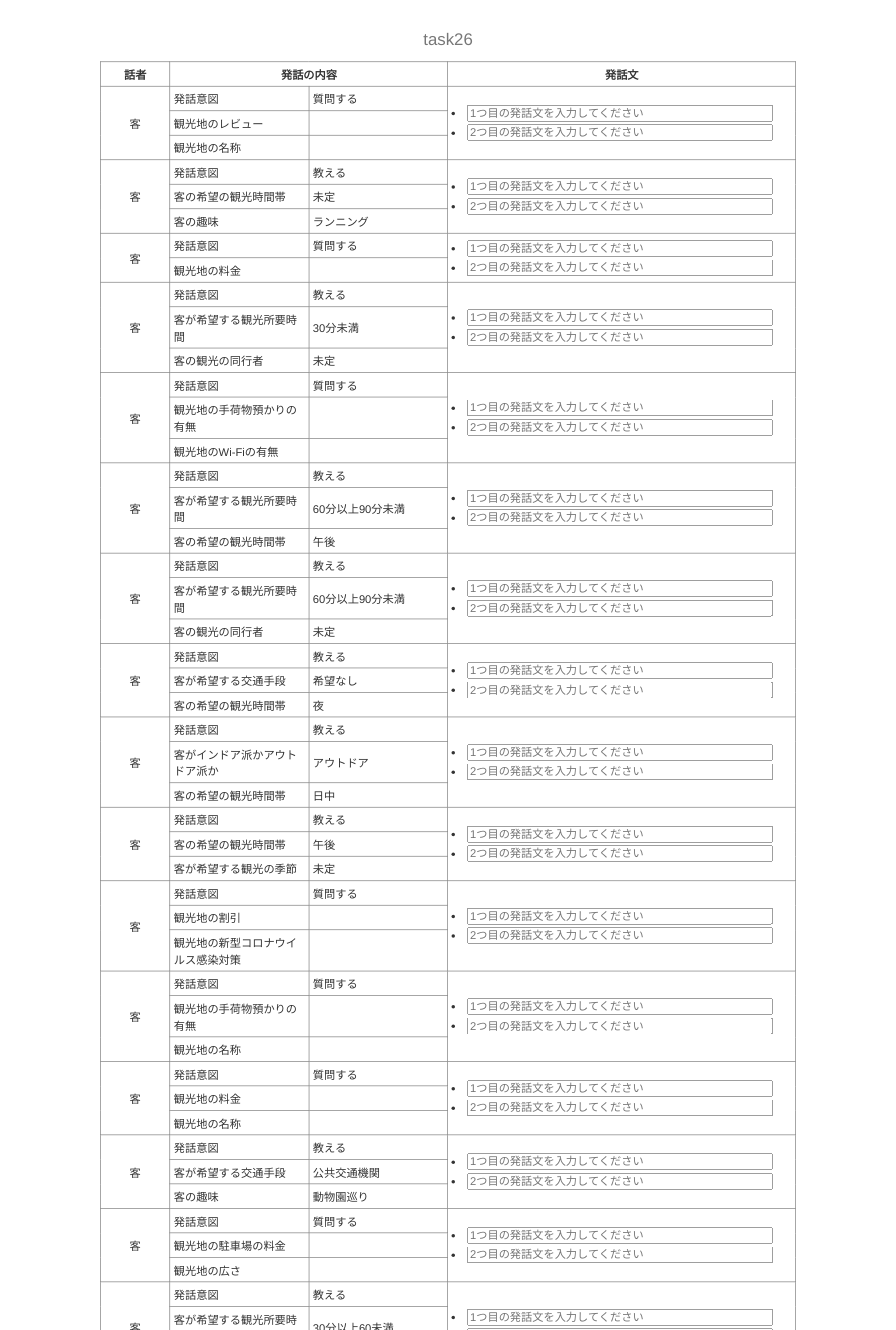
Repository: FlowRobocon/data_collection
Page: scbkfp0xf3u0.html
The author's editor kept a copy of each file at every save. The page is drawn from the files as they stood at one save, then again after the next save.
The browser window is 1280 px wide. The pictures show the part of the page from y = 3534 to 5434 px (the page is 6043 px tall before and 5827 px after), at 70% of full size.
A picture or video elsewhere on the page could not be fetched, so the positions and the page height are approximate. Some web libraries are served in a nearby version.

Above is the page before, as saved 2022-07-23 14:44:49.

After the next save:
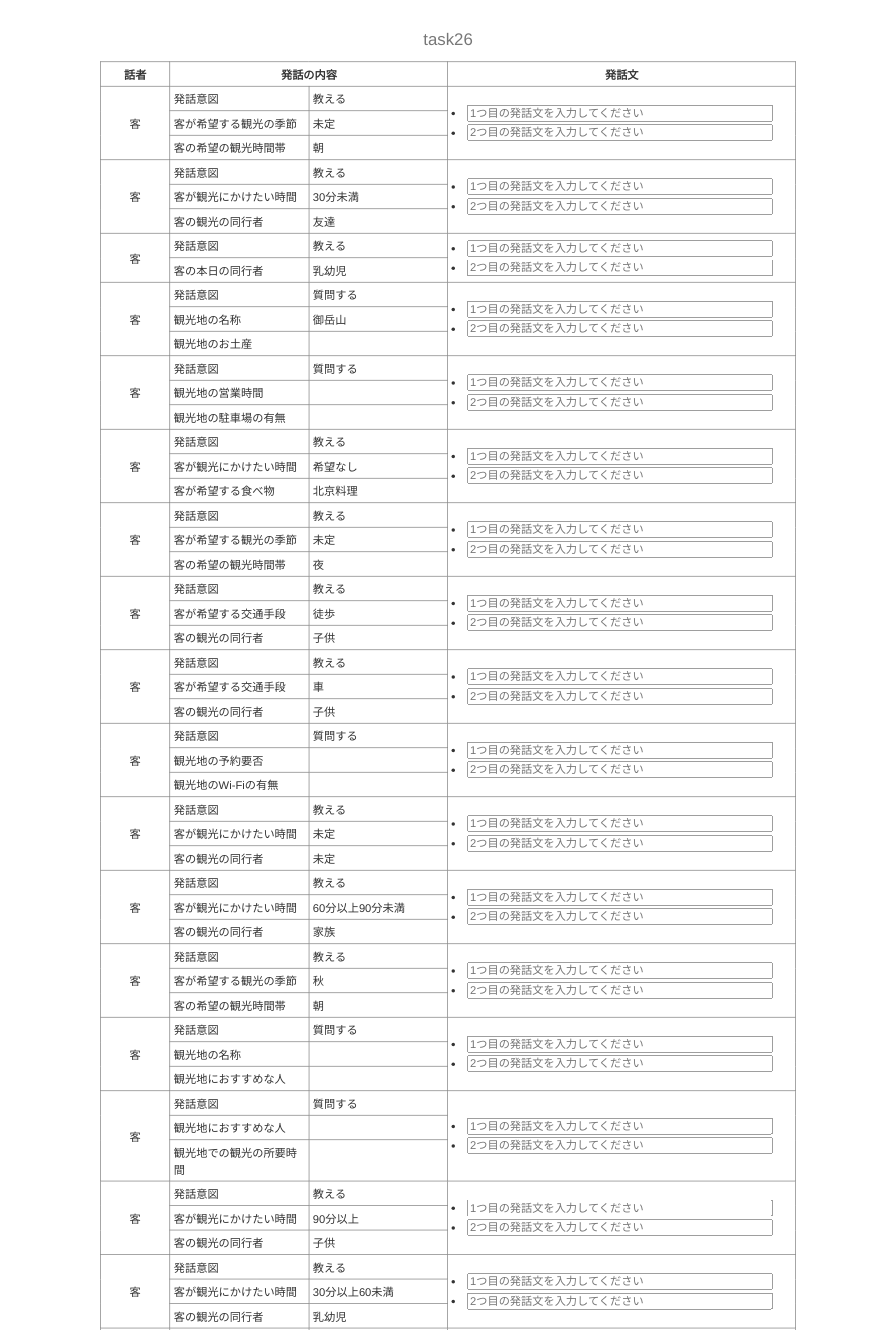
Saved 24 h 29 min later.
--- a/scbkfp0xf3u0.html
+++ b/scbkfp0xf3u0.html
@@ -172,7 +172,7 @@
         let task_id = Math.floor(Math.random()*50);
         var speaker = "user"
         var json_data = ""
-        $.getJSON("data/da_list-2022-0718/da_list-user-max2/group0/task" + String(task_id) + ".json", function(json) {
+        $.getJSON("data/da_list-2022-0724/da_list-user-max2/group0/task" + String(task_id) + ".json", function(json) {
         json_data = json
         // console.log(String(task_id))
         // console.log(json);
